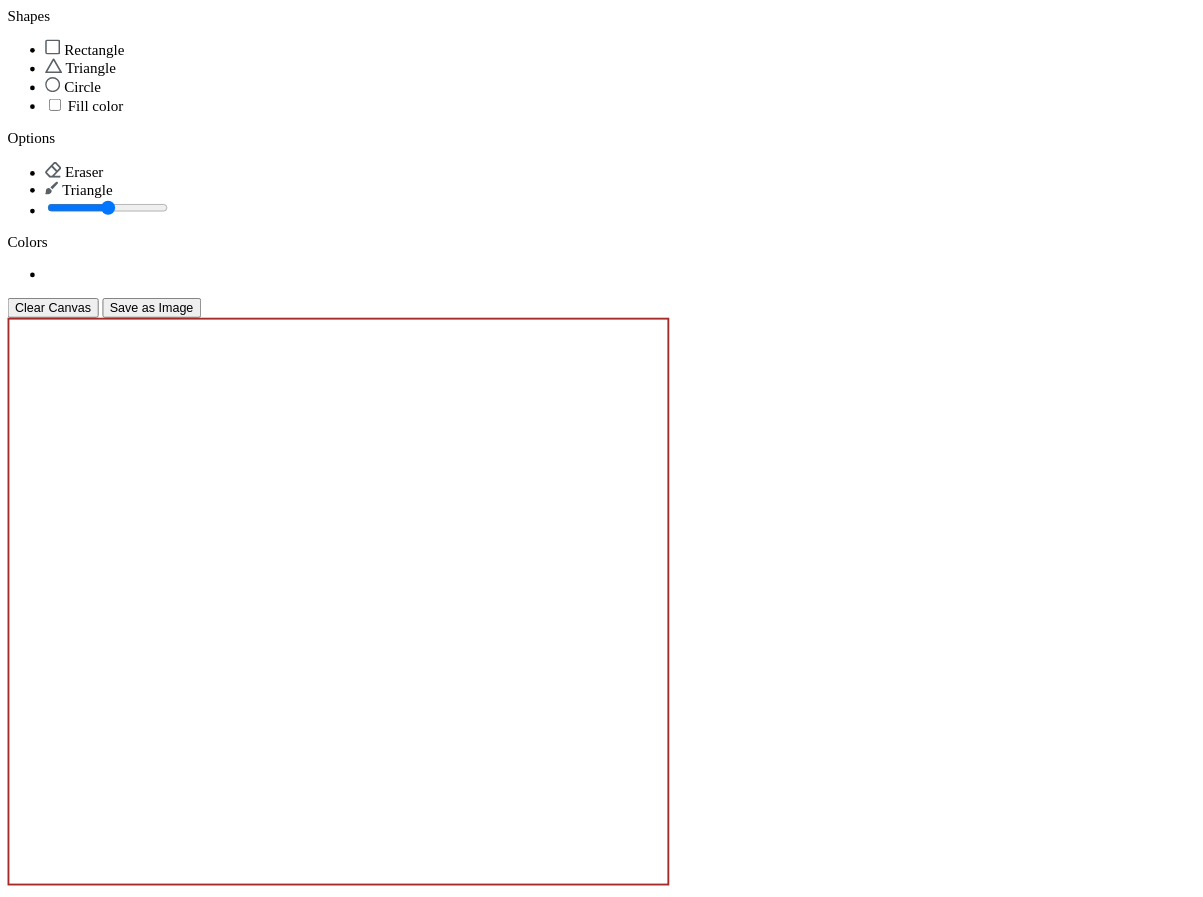
Repository: mdsajib50/Drawing-app
Page: index.html
The author's editor kept a copy of each file at every save. The page is drawn from the files as they stood at one save, then again after the next save.
The browser window is 1280 px wide. The pictures show the whole page, at 94% of full size.

Above is the page before, as saved 2025-02-17 21:12:25.

### index.html
<!DOCTYPE html>
<html lang="en">
<head>
    <meta charset="UTF-8">
    <meta name="viewport" content="width=device-width, initial-scale=1.0">
    <link rel="stylesheet" href="style.css">
    <title>Drawing App</title>
</head>
<body>
    <div class="container">
        <aside>
            <div class="row">
                <label for="" class="title">Shapes</label>
               <ul class="options">
                <li class="option">
                    <img src="icons/icons/rectangle.svg" alt="">
                    <span>Rectangle</span>
                </li>
                <li class="option">
                    <img src="icons/icons/triangle.svg" alt="">
                    <span>Triangle</span>
                </li>
                <li class="option">
                    <img src="icons/icons/circle.svg" alt="">
                    <span>Circle</span>
                </li>
                <li class="option">
                    <input type="checkbox" name="" id="">
                    <label for="">Fill color</label>
                </li>
               </ul>
            </div>
            <div class="row">
                <label for="" class="title">Options</label>
               <ul class="options">
                <li class="option">
                    <img src="icons/icons/eraser.svg" alt="">
                    <span>Eraser</span>
                </li>
                <li class="option">
                    <img src="icons/icons/brush.svg" alt="">
                    <span>Triangle</span>
                </li>
                <li class="option">
                    <input type="range" name="" id="size-slider">
                </li>
               </ul>
            </div>
            <div class="row">
                <label for="" class="title">Colors</label>
               <ul class="options">
                <li class="option"></li>
               </ul>
            </div>
            <div class="row">
               <button class="clear-canvas" type="button">Clear Canvas</button>
               <button class="save-image" type="button">Save as Image</button>
            </div>
        </aside>
        <div>
            <canvas id="mycanvas"></canvas>
        </div>
    </div>
    <script src="script.js"></script>
</body>
</html>

### style.css
canvas{
    width: 700px;
    height: 600px;
    border: 2px solid brown;
}

### script.js
const drawing = document.getElementById('myCanvas');

After the next save:
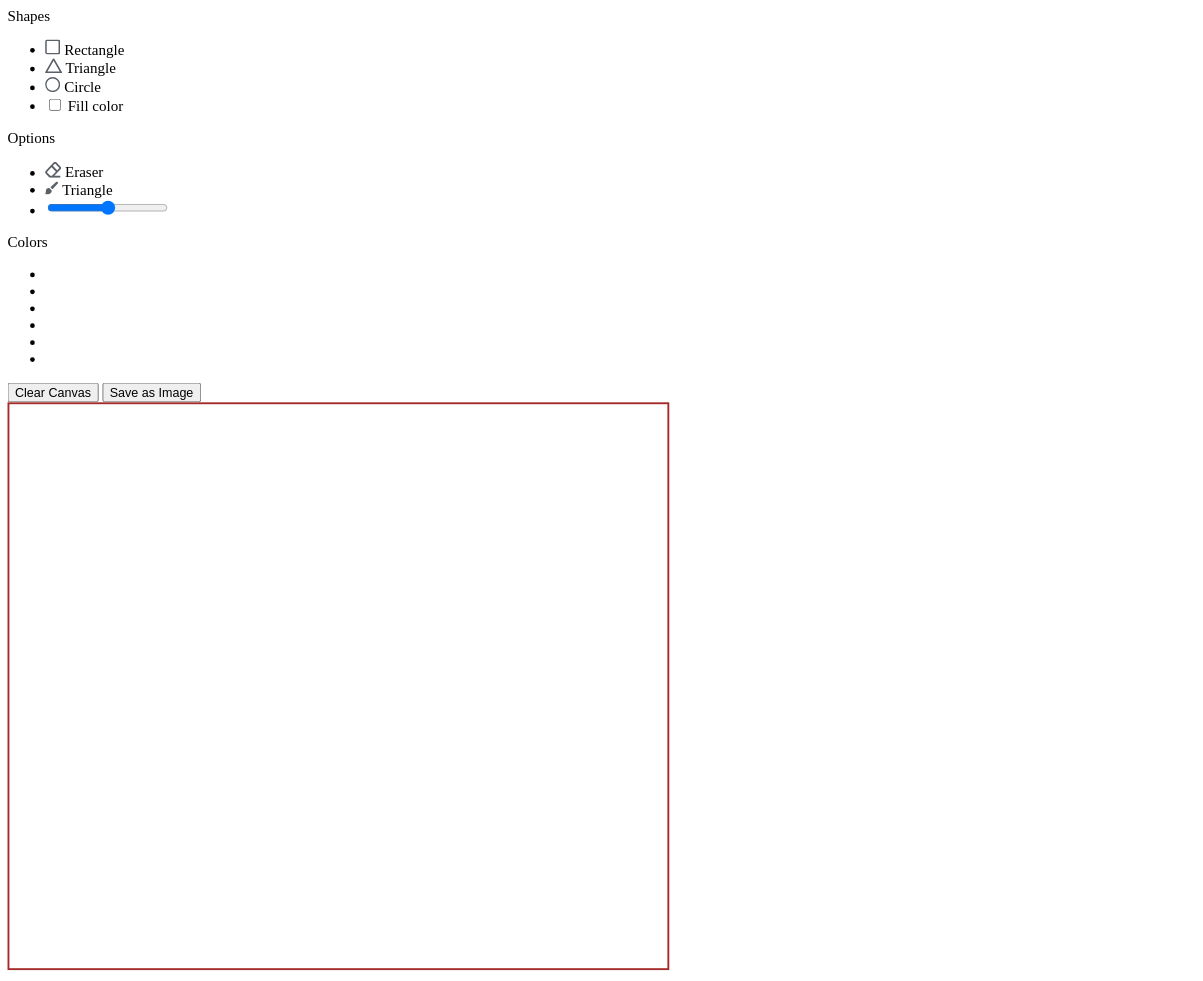
Saved 5 s later.
--- a/index.html
+++ b/index.html
@@ -50,6 +50,11 @@
                 <label for="" class="title">Colors</label>
                <ul class="options">
                 <li class="option"></li>
+                <li class="option"></li>
+                <li class="option"></li>
+                <li class="option"></li>
+                <li class="option"></li>
+                <li class="option"></li>
                </ul>
             </div>
             <div class="row">
